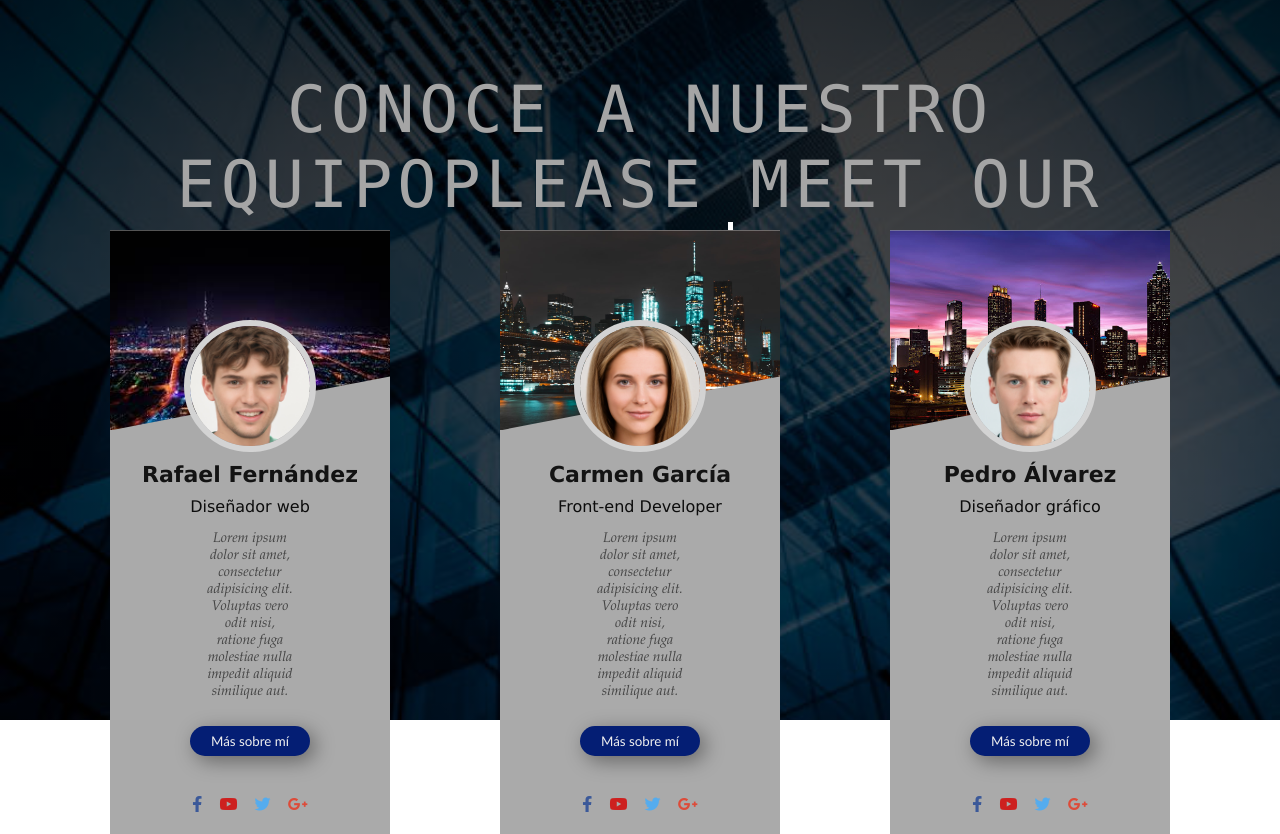
Repository: RaquelAlvarezz/Ejercicios-FormawebIV
Page: Equipo/index.html
An editor plug-in stored every save of this project. The page is shown before and after the next save, followed by the edit.
The browser window is 1280 px wide. The pictures show the whole page.

Above is the page before, as saved 2021-11-24 08:57:38.

After the next save:
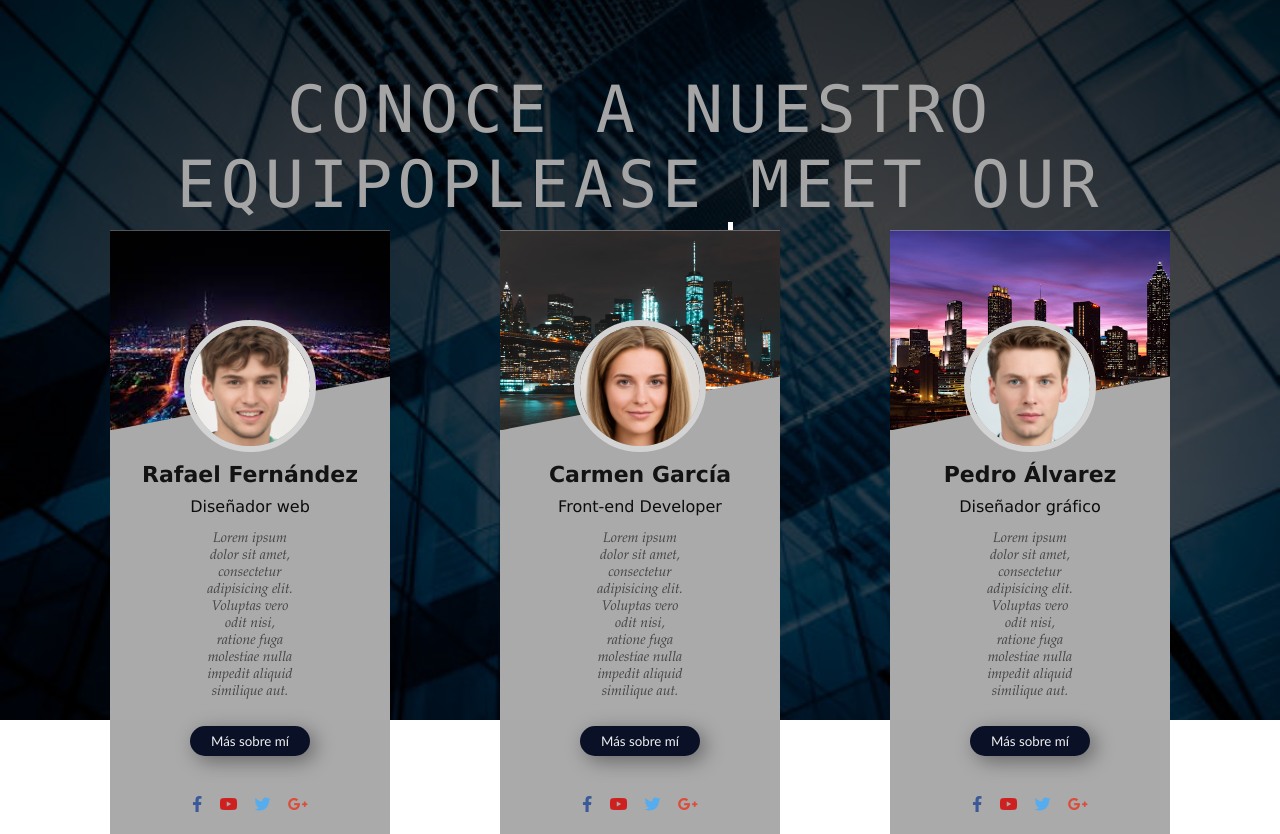
Saved 39 min 58 s later.
--- a/Equipo/css/styles.css
+++ b/Equipo/css/styles.css
@@ -130,7 +130,7 @@
 	width: 120px;
 	padding: 7px;
 	margin: 10px 0;
-	background-color: rgb(4, 30, 116);
+	background-color: rgb(10, 17, 39);
 	border: none;
 	outline: none;
 	border-radius: 25px;
